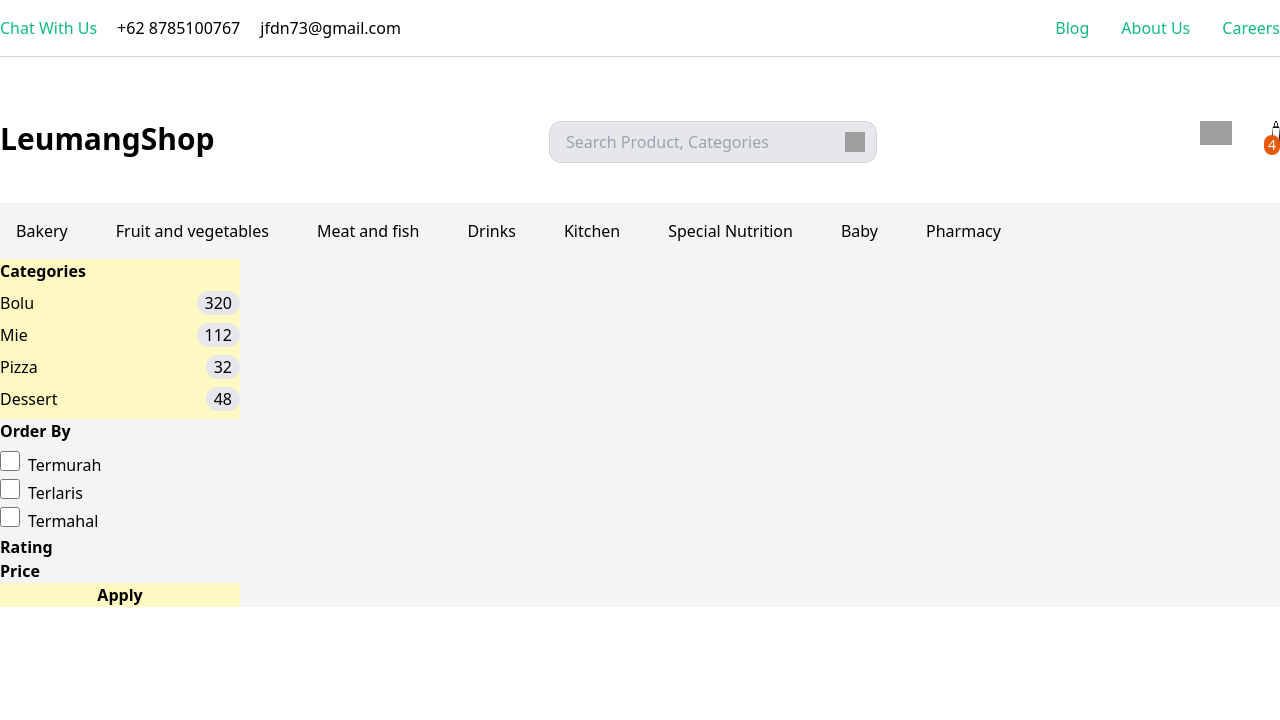
Repository: jafetdn73/ecommerce-tailwind
Page: /
These files come from the project's save history. The page is drawn as it stood at one moment and after the next save; the edit follows.
The browser window is 1280 px wide. The pictures show the whole page.
Pictures or frames that could not be fetched are drawn as grey boxes. The project was rebuilt for these pictures with package versions that can differ from the ones it lists, and the page was loaded fresh each time. Also part of the build but not shown: src/App.css.

Above is the page before, as saved 2022-03-13 23:59:31.

### src/App.js
import "./App.css";

function App() {
  return (
    <div className="bg-white container mx-auto">
      <div className="flex justify-between py-4 border-b border-gray-300">
        <div className="flex gap-5">
          <a href="http://google.com" className="text-emerald-500">
            Chat With Us
          </a>
          <a href="http://facebook.com">+62 8785100767</a>
          <a href="http://ggogl.com">jfdn73@gmail.com</a>
        </div>

        <div className="">
          <ul className="flex gap-8 text-emerald-500">
            <li>Blog</li>
            <li>About Us</li>
            <li>Careers</li>
          </ul>
        </div>
      </div>

      <div className="flex justify-between mt-16">
        <h1 className="text-3xl font-bold">LeumangShop</h1>
        <div className="flex w-full justify-center items-center">
          <input
            type="text"
            placeholder="Search Product, Categories"
            className="w-1/3 border border-gray-300 bg-gray-200 rounded-xl pl-4 py-2"
          />
          <img src="/images/search-icon.png" alt="search" className="w-5 h-5 -ml-8"/>
        </div>
        <div className="flex gap-10">
          <img src="/images/user-icon.png" alt="user" className="w-8 h-6"/>
          <div className="relative">
            <img src="/images/cart-icon.png" alt="icon" className="w-8 h-6"/>
            <label className="absolute bottom-2 -left-2 bg-orange-600 text-white py-0.25 px-1 rounded-full text-sm">4</label>
          </div>
        </div>
      </div>

      <div className="bg-gray-100 mt-10 py-4 pl-4 text-base font-medium">
        <ul className="flex gap-12">
          <li>Bakery</li>
          <li>Fruit and vegetables</li>
          <li>Meat and fish</li>
          <li>Drinks</li>
          <li>Kitchen</li>
          <li>Special Nutrition</li>
          <li>Baby</li>
          <li>Pharmacy</li>
        </ul>
        </div>

      {/* Container Wrapper */}
      <div className="bg-gray-100">
        {/* Side Bar Container */}
        <div className="flex flex-col w-60 bg-yellow-100" >
          {/* Categories Container */}
          <div className="flex flex-col">
            <h1 className="font-bold text-base mb-2">Categories</h1>
            <ul>
              <div className="flex justify-between">
                <li>Bolu</li><label className="mb-2 bg-gray-200 pl-2 pr-2 rounded-xl">320</label>
              </div>
              <div className="flex justify-between">
                <li>Mie</li><label className="mb-2 bg-gray-200 pl-2 pr-2 rounded-xl">112</label>
              </div>
              <div className="flex justify-between">
                <li>Pizza</li><label className="mb-2 bg-gray-200 pl-2 pr-2 rounded-xl">32</label>
              </div>
              <div className="flex justify-between">
                <li>Dessert</li><label className="mb-2 bg-gray-200 pl-2 pr-2 rounded-xl">48</label>
              </div>
            </ul>
          </div>
          {/* Order By Categories */}
          <div className="bg-gray-100 flex flex-col">
            <h1 className="font-bold mb-2">Order By</h1>
           <div>
             <input type="checkbox" className="accent-lime-700 w-5 h-5 mr-2 mb-2">
               </input>
               <span>Termurah</span>
          </div>
          <div>
            <input type="checkbox"  className="accent-lime-700 w-5 h-5 mr-2 mb-2"></input>
            <span>Terlaris</span>
          </div>
          <div>
            <input type="checkbox"  className="accent-lime-700 w-5 h-5 mr-2 mb-2"></input><label>Termahal</label>
          </div>
          </div>
          {/* Rating Container */}
          <div className="bg-gray-100">
          <h1 className="font-bold">Rating</h1>
          </div>
          {/* Price Container */}
          <div className="bg-gray-100">
          <h1 className="font-bold">Price</h1>
          </div>
          <button className="font-bold">Apply</button>
        </div>
        <div className="bg-gray-100">
          <div className="bg-yellow-100">
          </div>
        </div>
      </div>



    </div>
  );
}

export default App;

Loaded but not shown: public/index.html (common file); src/index.js (common file); src/index.css (common file); src/reportWebVitals.js (common file); tailwind.config.js (common file)

After the next save:
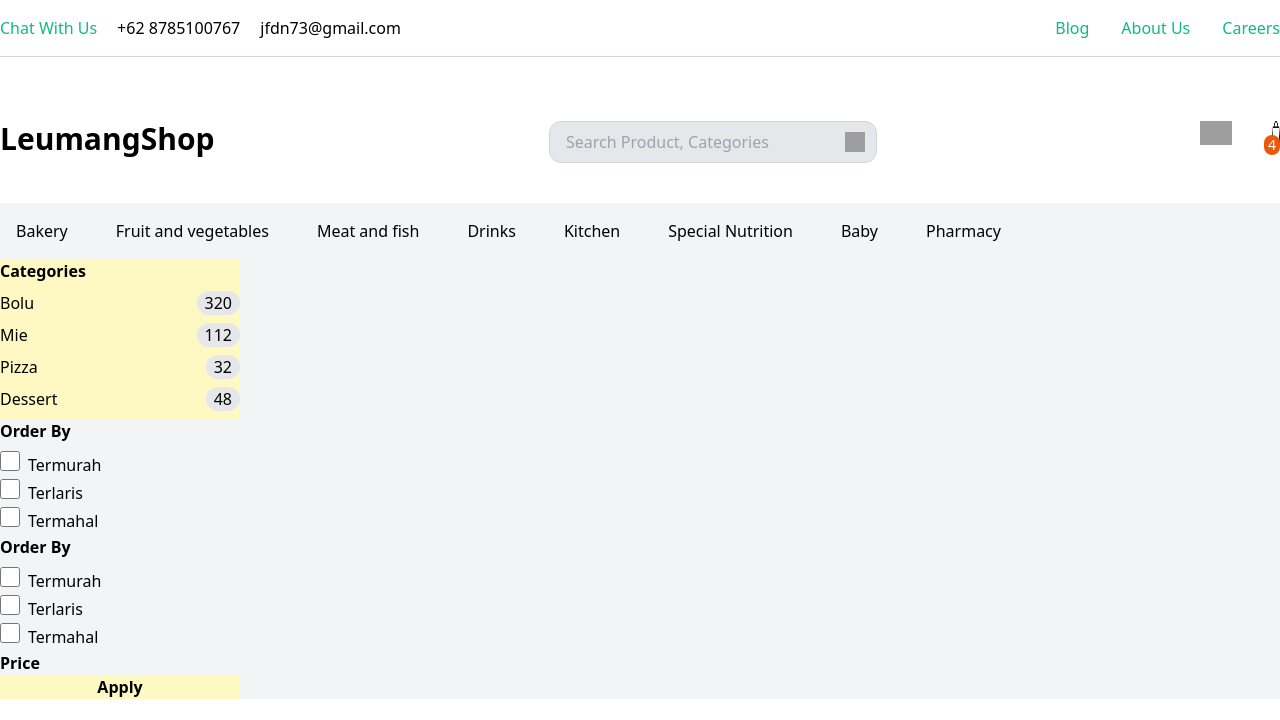
Saved 54 s later.
--- a/src/App.js
+++ b/src/App.js
@@ -92,8 +92,20 @@ function App() {
           </div>
           </div>
           {/* Rating Container */}
-          <div className="bg-gray-100">
-          <h1 className="font-bold">Rating</h1>
+          <div className="bg-gray-100 flex flex-col">
+            <h1 className="font-bold mb-2">Order By</h1>
+           <div>
+             <input type="checkbox" className="accent-lime-700 w-5 h-5 mr-2 mb-2">
+               </input>
+               <span>Termurah</span>
+          </div>
+          <div>
+            <input type="checkbox"  className="accent-lime-700 w-5 h-5 mr-2 mb-2"></input>
+            <span>Terlaris</span>
+          </div>
+          <div>
+            <input type="checkbox"  className="accent-lime-700 w-5 h-5 mr-2 mb-2"></input><label>Termahal</label>
+          </div>
           </div>
           {/* Price Container */}
           <div className="bg-gray-100">
